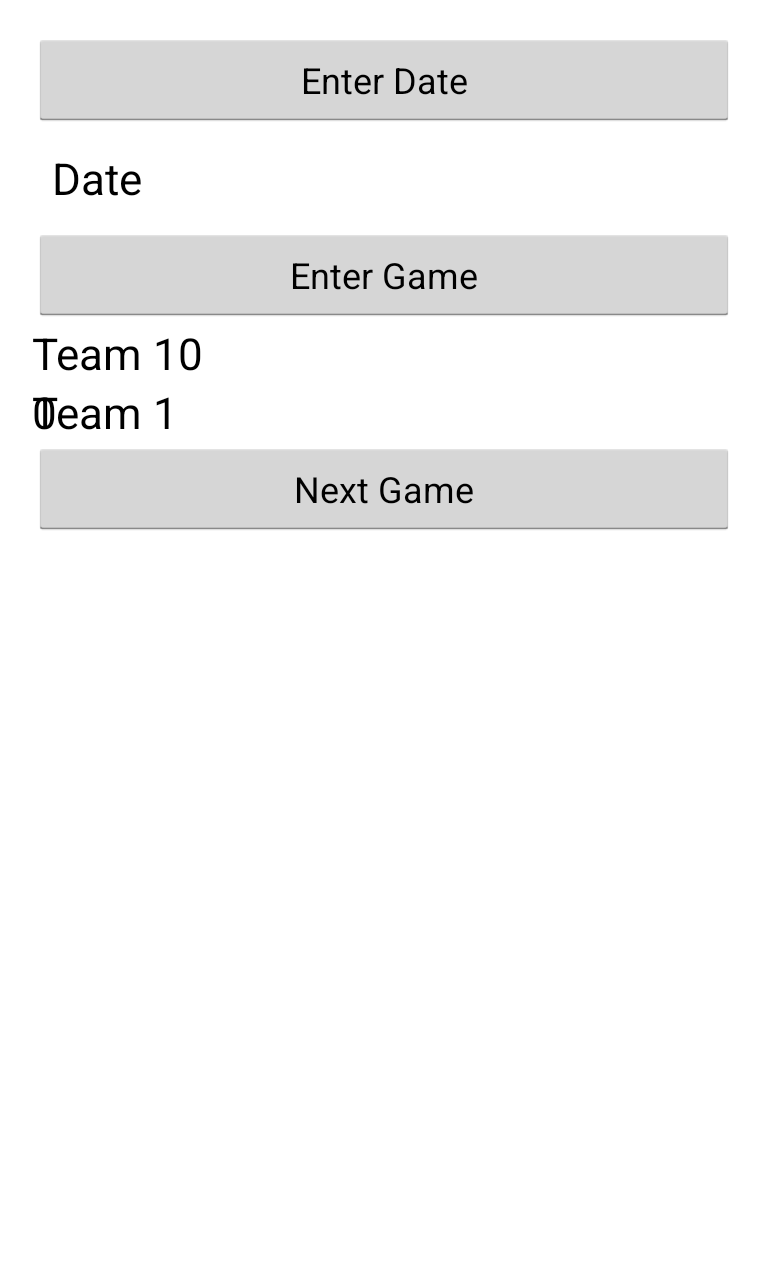
Repository: shervinshaikh/Android
Layout: NBAScoreTracker/res/layout/activity_sport_scores.xml
These files come from the project's save history. The layout is drawn as it stood at one moment and after the next save; the edit follows.
It is drawn on a 768 x 1280 px phone screen (xhdpi) without system bars, with theme AppTheme; the app's code is not run.

Above is the layout before, as saved 2013-04-27 18:44:27.

### NBAScoreTracker/res/layout/activity_sport_scores.xml
<LinearLayout
	xmlns:android="http://schemas.android.com/apk/res/android"
    xmlns:tools="http://schemas.android.com/tools"
    android:layout_width="match_parent"
    android:layout_height="match_parent"
    android:paddingBottom="@dimen/activity_vertical_margin"
    android:paddingLeft="@dimen/activity_horizontal_margin"
    android:paddingRight="@dimen/activity_horizontal_margin"
    android:paddingTop="@dimen/activity_vertical_margin"
    tools:context=".SportScores"
    android:screenOrientation="portrait"
    android:orientation="vertical"
    >

    <Button
        android:id="@+id/enter_date_button"
        android:layout_width="fill_parent"
        android:layout_height="wrap_content"
        android:text="@string/enter_date"
        />

    <TextView
        android:id="@+id/textView1"
        android:layout_width="wrap_content"
        android:layout_height="wrap_content"
        android:text="@string/date"
        android:textAppearance="?android:attr/textAppearanceLarge"
        android:padding="10dip" />

    <Button
        android:id="@+id/enter_game_button"
        android:layout_width="fill_parent"
        android:layout_height="wrap_content"
        android:text="@string/enter_game"
        />

    <LinearLayout
        android:layout_width="match_parent"
        android:layout_height="wrap_content"
        android:orientation="horizontal" >

        <TextView
            android:id="@+id/textView2"
            android:layout_width="wrap_content"
            android:layout_height="wrap_content"
            android:text="@string/team1"
            android:textAppearance="?android:attr/textAppearanceLarge"
            android:gravity="left"
            android:weight="1" />

        <TextView
            android:id="@+id/textView4"
            android:layout_width="wrap_content"
            android:layout_height="wrap_content"
            android:gravity="right"
            android:text="0"
            android:textAppearance="?android:attr/textAppearanceLarge"
            android:weight="3" />

    </LinearLayout>

    <RelativeLayout
        android:layout_width="match_parent"
        android:layout_height="wrap_content" >

        <TextView
            android:id="@+id/textView3"
            android:layout_width="wrap_content"
            android:layout_height="wrap_content"
            android:text="@string/team1"
            android:textAppearance="?android:attr/textAppearanceLarge" />

        <TextView
            android:id="@+id/textView5"
            android:layout_width="wrap_content"
            android:layout_height="wrap_content"
            android:text="0"
            android:textAppearance="?android:attr/textAppearanceLarge" />

    </RelativeLayout>

    <Button
        android:id="@+id/next_game_button"
        android:layout_width="fill_parent"
        android:layout_height="wrap_content"
        android:text="@string/next_game"
        />

</LinearLayout>

### NBAScoreTracker/res/values/strings.xml
<?xml version="1.0" encoding="utf-8"?>
<resources>

    <string name="app_name">NBAScoreTracker</string>
    <string name="action_settings">Settings</string>
    <string name="hello_world">Hello world!</string>

    <string name="enter_date">Enter Date</string>
    <string name="enter_game">Enter Game</string>
    <string name="next_game">Next Game</string>

    <string name="date">Date</string>
    <string name="team1">Team 1</string>
    <string name="team2">Team 2</string>

</resources>

Loaded but not shown: NBAScoreTracker/res/values/styles.xml (common file); NBAScoreTracker/res/values-v11/styles.xml (common file); NBAScoreTracker/res/values-v14/styles.xml (common file); NBAScoreTracker/res/values/dimens.xml (common file)

After the next save:
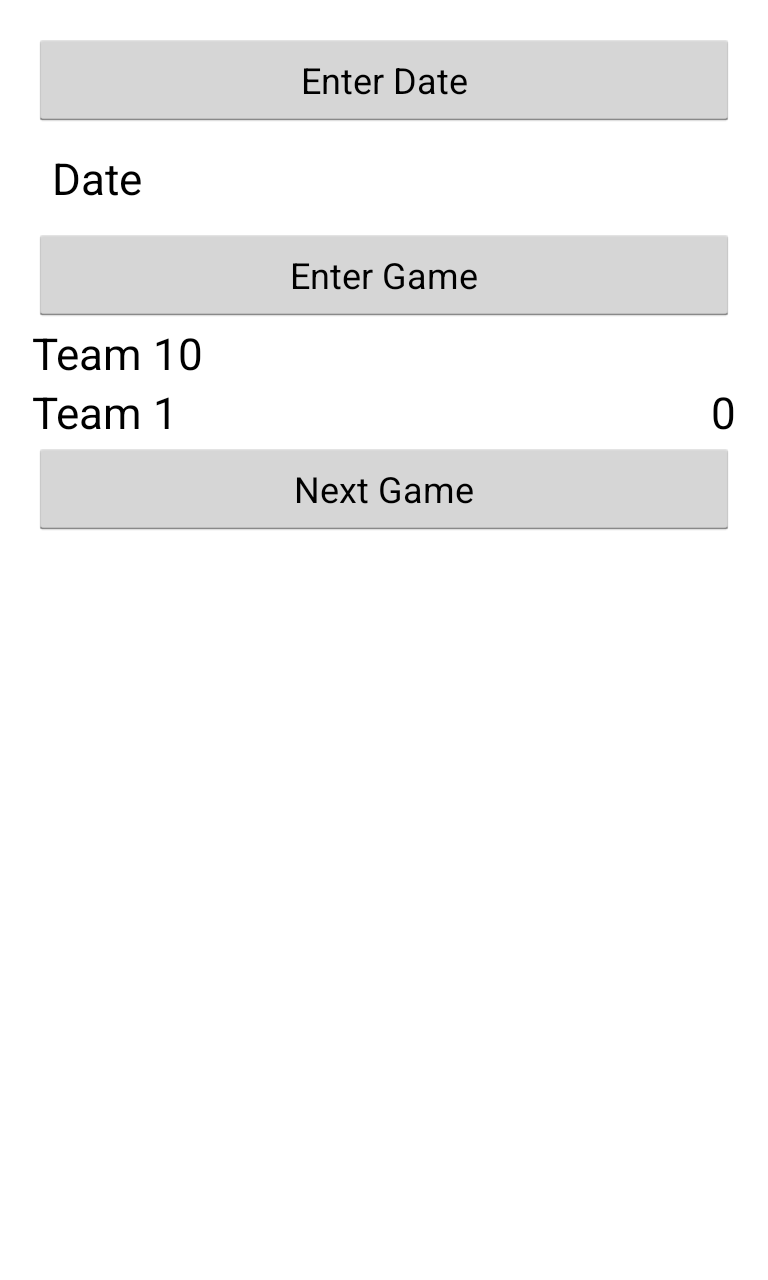
Saved 23 s later.
--- a/NBAScoreTracker/res/layout/activity_sport_scores.xml
+++ b/NBAScoreTracker/res/layout/activity_sport_scores.xml
@@ -75,7 +75,9 @@
             android:layout_width="wrap_content"
             android:layout_height="wrap_content"
             android:text="0"
-            android:textAppearance="?android:attr/textAppearanceLarge" />
+            android:textAppearance="?android:attr/textAppearanceLarge"
+            android:layout_alignParentRight="true"
+        	android:layout_alignParentTop="true" />
 
     </RelativeLayout>
 
